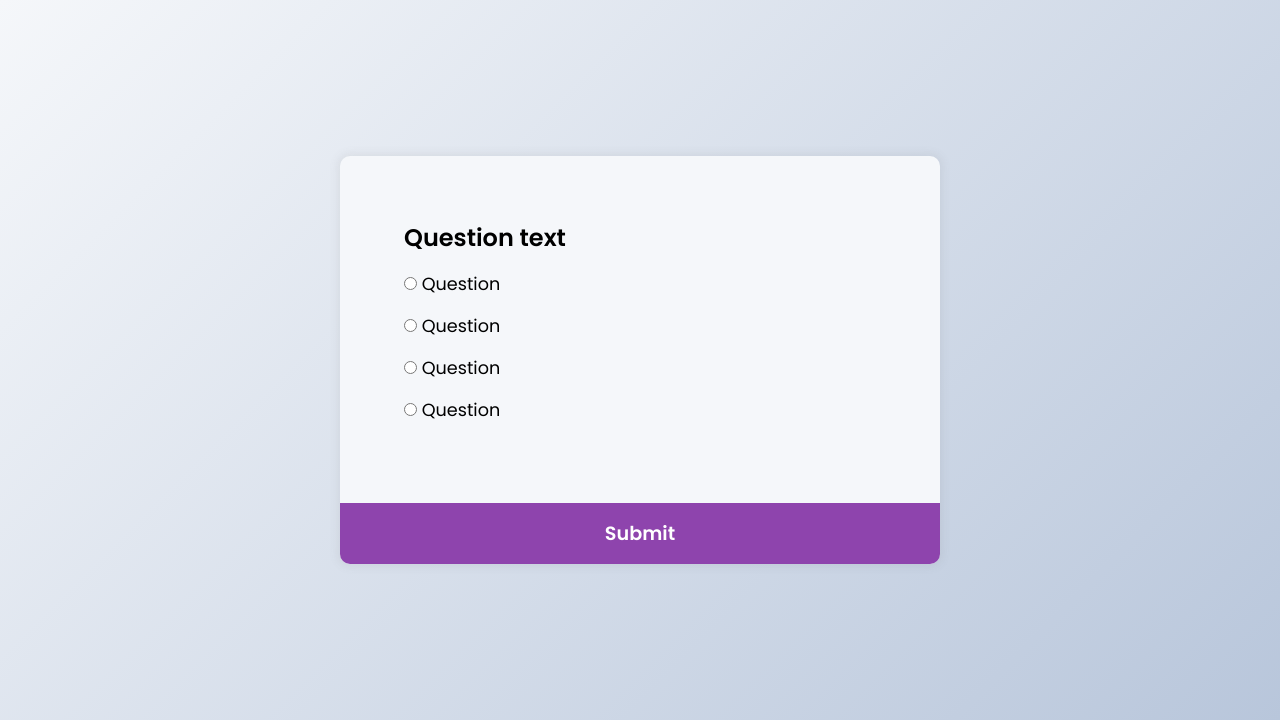
Repository: sevilgenysf/javascript-two
Page: index.html
These files come from the project's save history. The page is drawn as it stood at one moment and after the next save; the edit follows.
The browser window is 1280 px wide. The pictures show the whole page.

Above is the page before, as saved 2022-02-27 15:40:33.
Console error: ReferenceError: currentQuestion is not defined

After the next save:
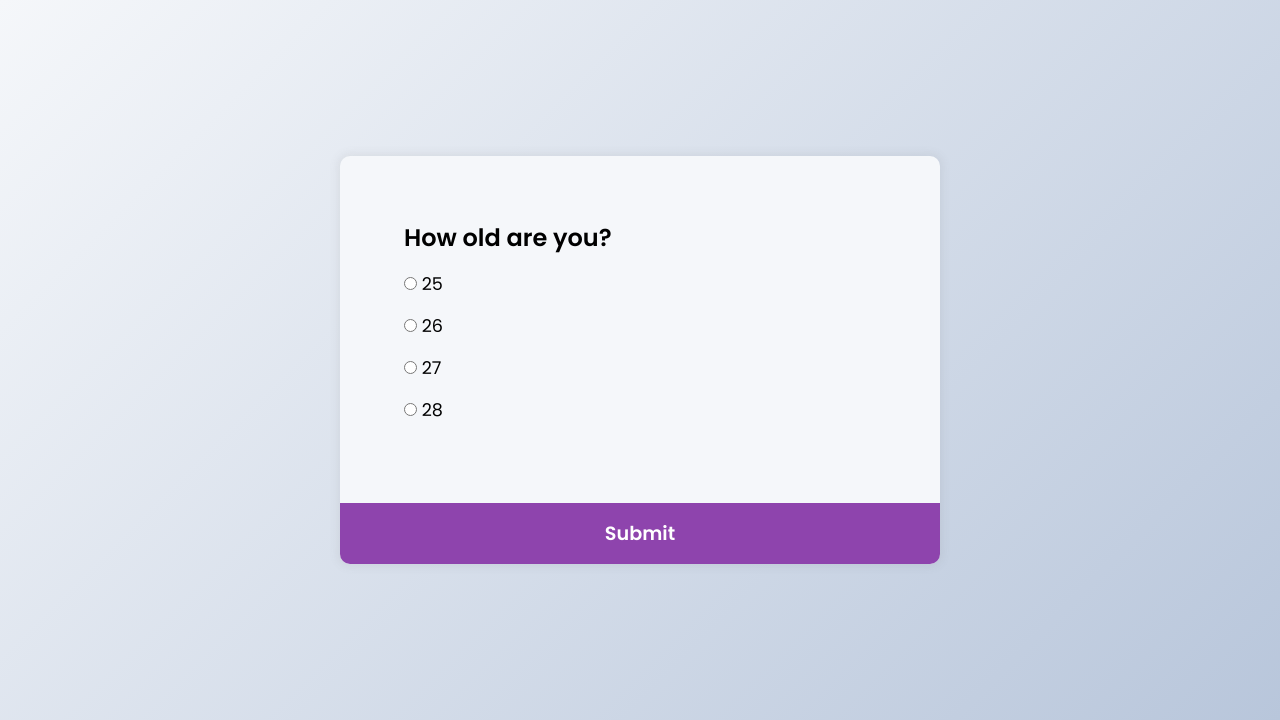
Saved 2 min 45 s later.
--- a/index.js
+++ b/index.js
@@ -52,7 +52,7 @@ let currentQuiz = 0;
 loadQuiz();
 
 function loadQuiz() {
-	const currentQuizData = quizData[currentQuestion];
+	const currentQuizData = quizData[currentQuiz];
 	questionEl.innerText = currentQuizData.question;
 	a_text.innerText = currentQuizData.a;
 	b_text.innerText = currentQuizData.b;
